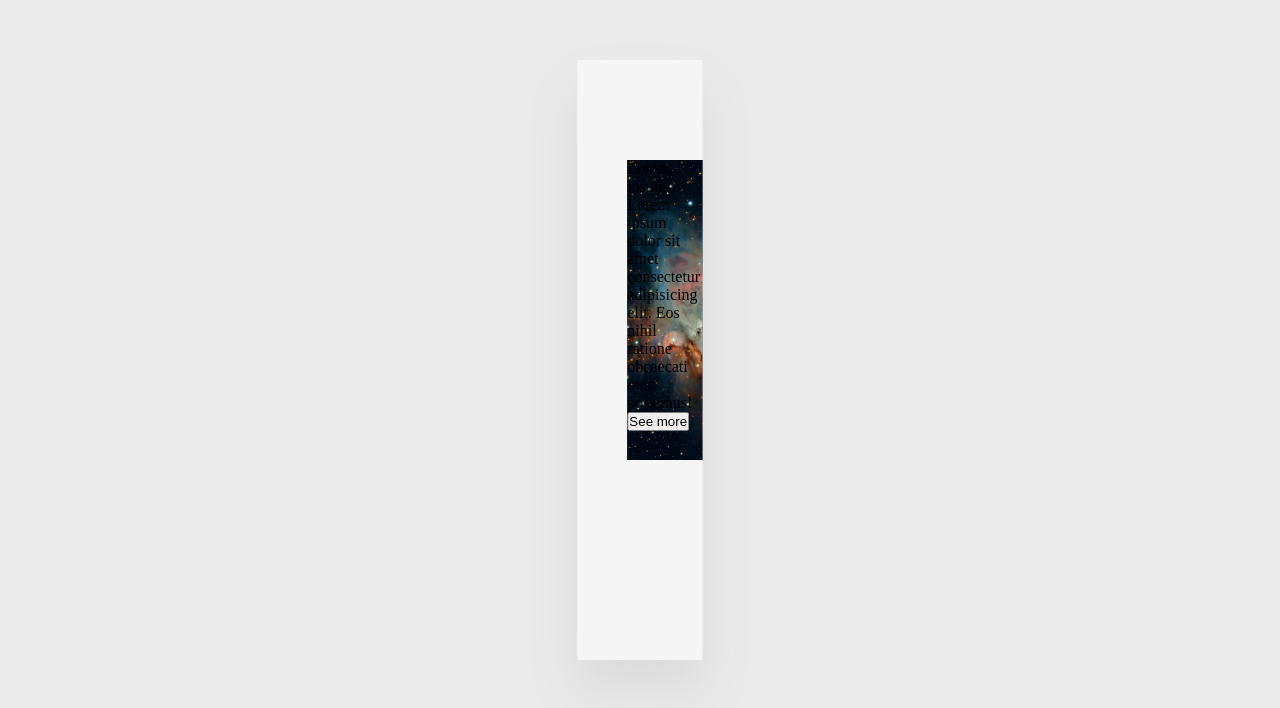
Repository: zeinawady/-Image-Slider-Project
Page: index.html
An editor plug-in stored every save of this project. The page is shown before and after a run of saves, followed by the edit.
The browser window is 1280 px wide. The pictures show the whole page.
Pictures or frames that could not be fetched are drawn as grey boxes.

Above is the page before, as saved 2024-09-19 16:23:11.

After the next 4 saves:
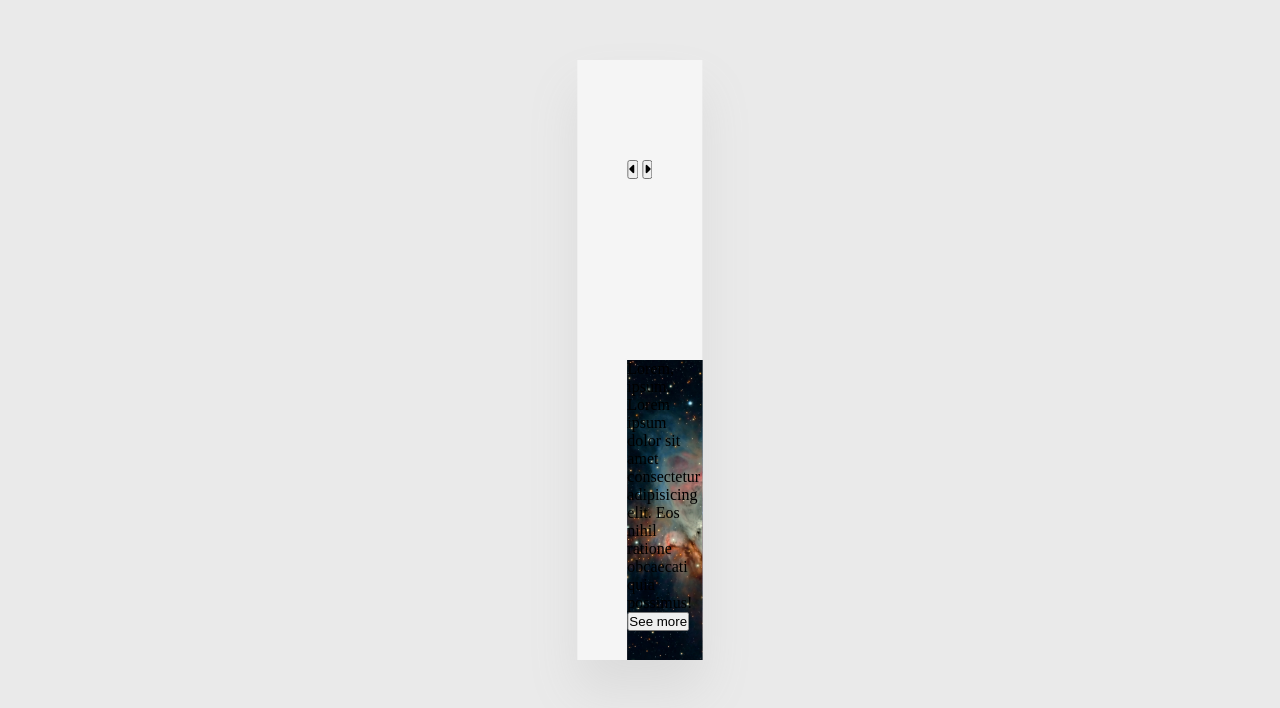
The 4 saves are shown as one change because they came seconds apart.
The last was saved 10 s later.
--- a/css/style.css
+++ b/css/style.css
@@ -48,5 +48,6 @@ body{
     background-size: cover;
     position: absolute;
     z-index: 1;
-
+    top: 50%;
+    transform: translate();
 }
